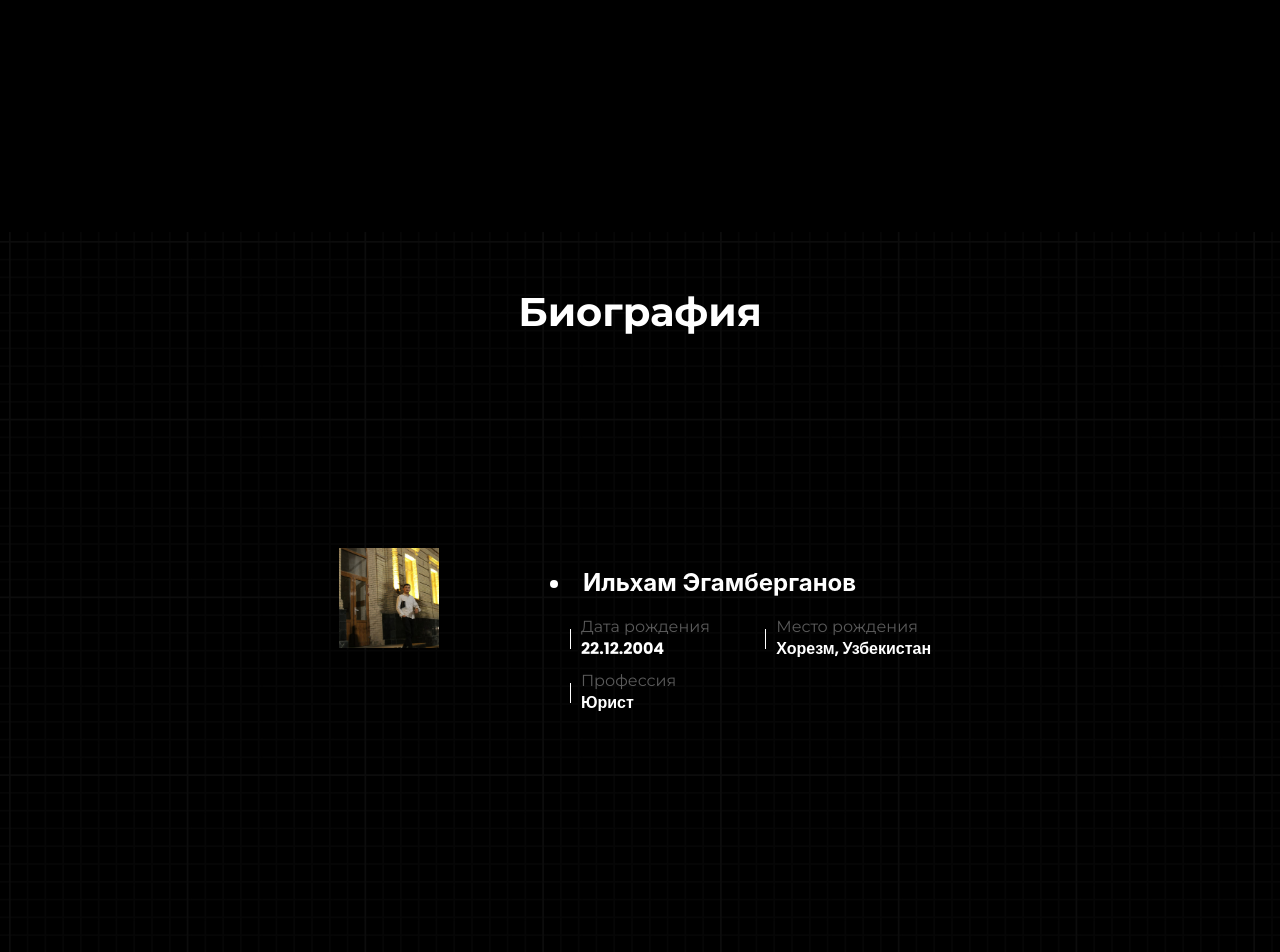
Repository: sardorexe/xishnik
Page: /
An editor plug-in stored every save of this project. The page is shown before and after the next save, followed by the edit.
The browser window is 1280 px wide. The pictures show the part of the page from y = 488 to 1440 px (the page is 1440 px tall).
Pictures or frames that could not be fetched are drawn as grey boxes. Some icons come from a web library that is not loaded, so they are not drawn. Some web libraries are served in a nearby version. The project was rebuilt for these pictures with package versions that can differ from the ones it lists, and the page was loaded fresh each time. Some packages were replaced by stand-ins written for this rebuild. The framework's server and built-in components were replaced by stand-ins that run in the browser. Also part of the build but not shown: next.config.js.

Above is the page before, as saved 2021-09-27 15:56:37.

After the next save:
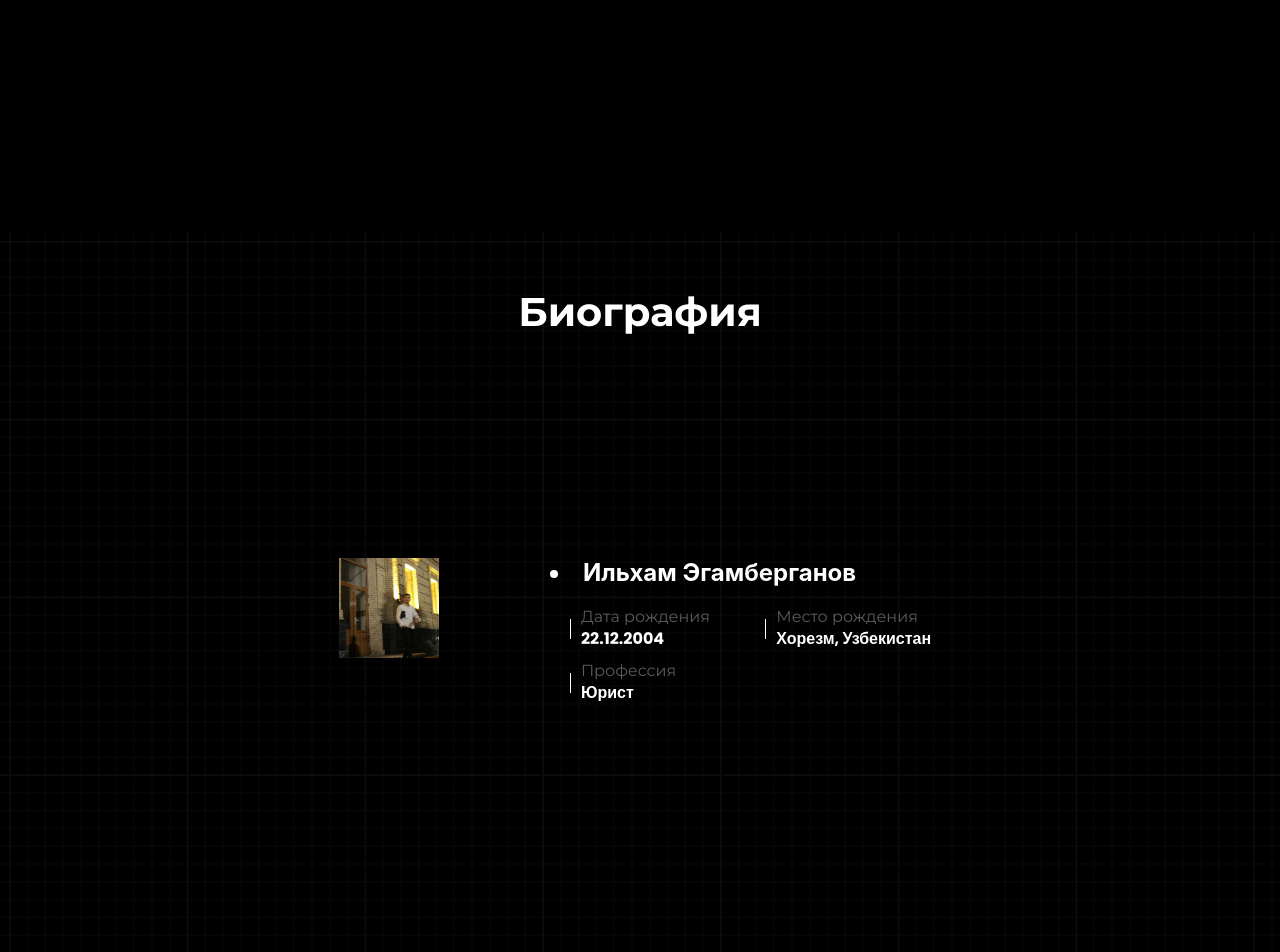
Saved 16 s later.
--- a/styles/Biography.module.css
+++ b/styles/Biography.module.css
@@ -25,7 +25,7 @@
 }
 
 .content h2 {
-    margin: 20px 0;
+    margin-bottom: 20px;
 }
 
 .img {
